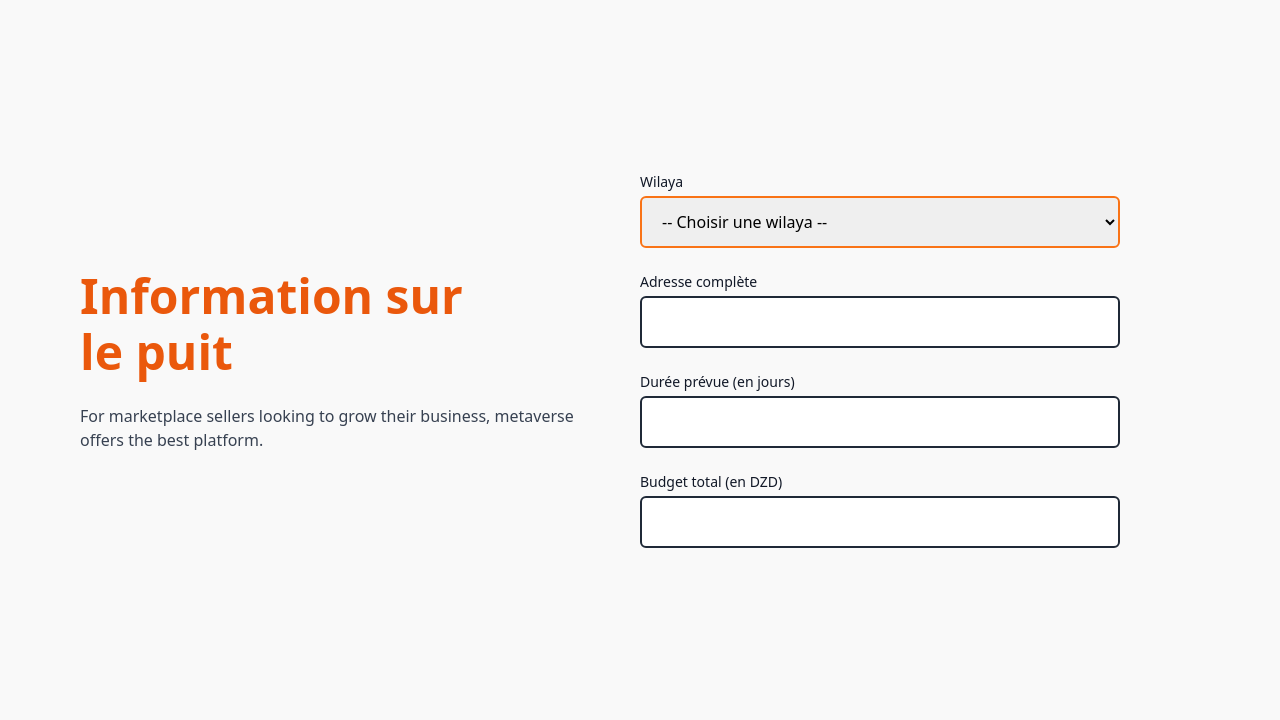
Repository: 123455675848484848484884848484/Projet_2cs
Page: / (app in front/)
An editor plug-in stored every save of this project. The page is shown before and after the next save, followed by the edit.
The browser window is 1280 px wide. The pictures show the whole page.
The project was rebuilt for these pictures with package versions that can differ from the ones it lists, and the page was loaded fresh each time. Also part of the build but not shown: front/src/App.css, front/src/Login.jsx.

Above is the page before, as saved 2025-04-23 18:45:01.

After the next save:
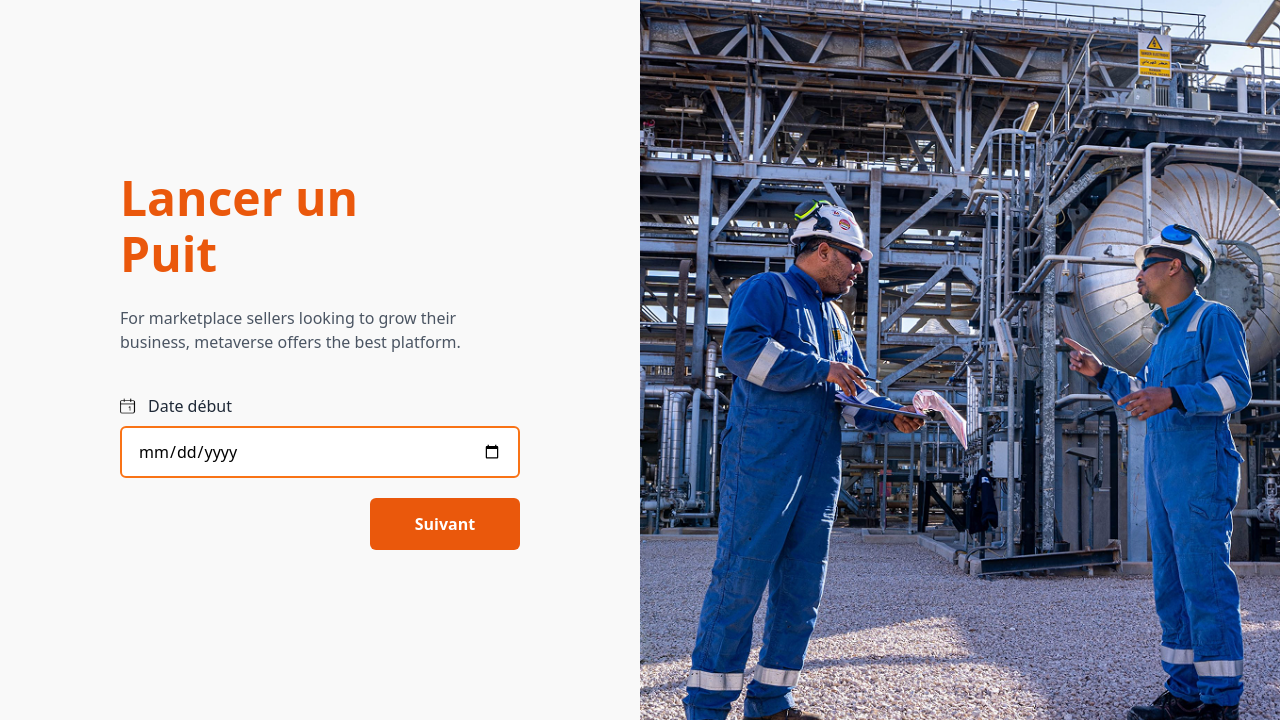
Saved 4 min 52 s later.
--- a/front/src/App.jsx
+++ b/front/src/App.jsx
@@ -5,9 +5,17 @@ import React from "react";
 import Login from "./Login";
 import LancerPuit from './LancerPuit';
 import InformationPuit from './InformationPuit';
+import { BrowserRouter as Router, Routes, Route } from "react-router-dom";
 
 function App() {
-  return <InformationPuit />;
+  return (
+    <Router>
+      <Routes>
+        <Route path="/" element={<LancerPuit />} />
+        <Route path="/info-puit" element={<InformationPuit />} />
+      </Routes>
+    </Router>
+  );
 }
 
 export default App;
